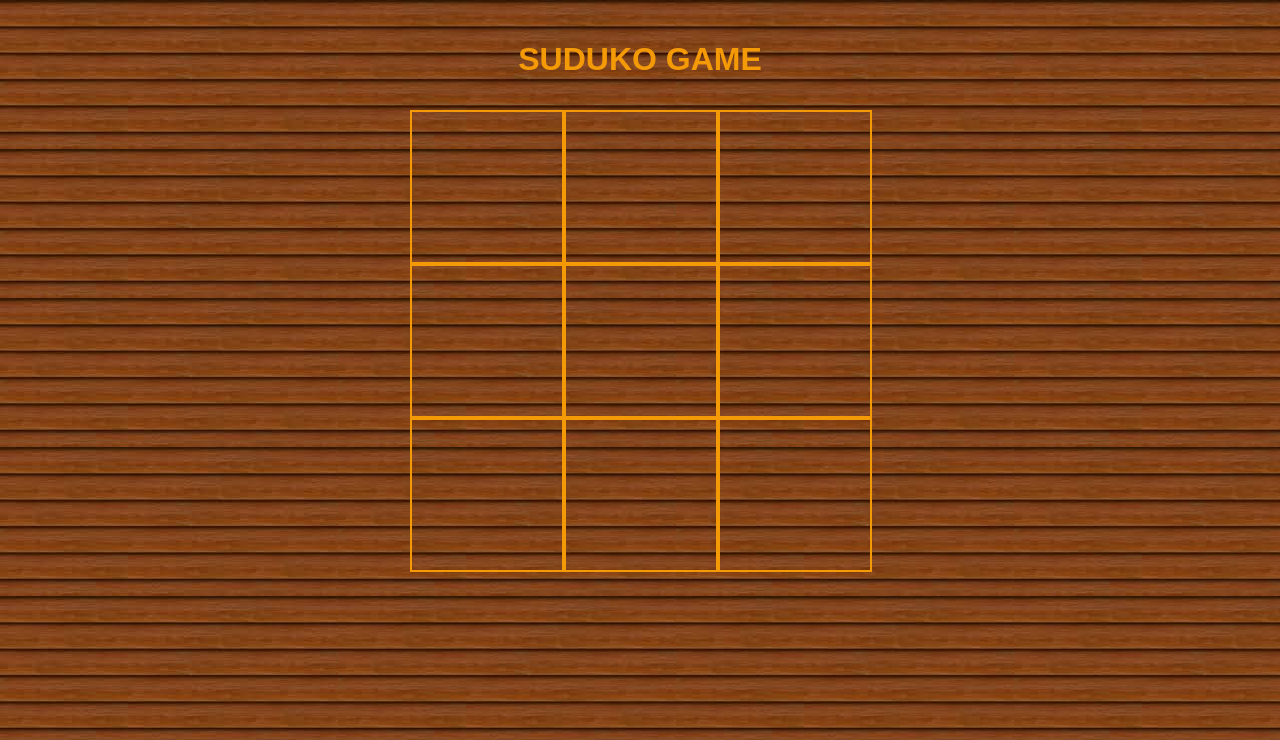
Repository: ahmad8969/Suduko-Game-React-App
Page: /
The author's editor kept a copy of each file at every save. The page is drawn from the files as they stood at one save, then again after a run of saves.
The browser window is 1280 px wide. The pictures show the whole page.
Some web fonts or font styles are not loaded; a fallback is used. The project was rebuilt for these pictures with package versions that can differ from the ones it lists, and the page was loaded fresh each time.

Above is the page before, as saved 2021-02-25 22:23:44.

After the next 2 saves:
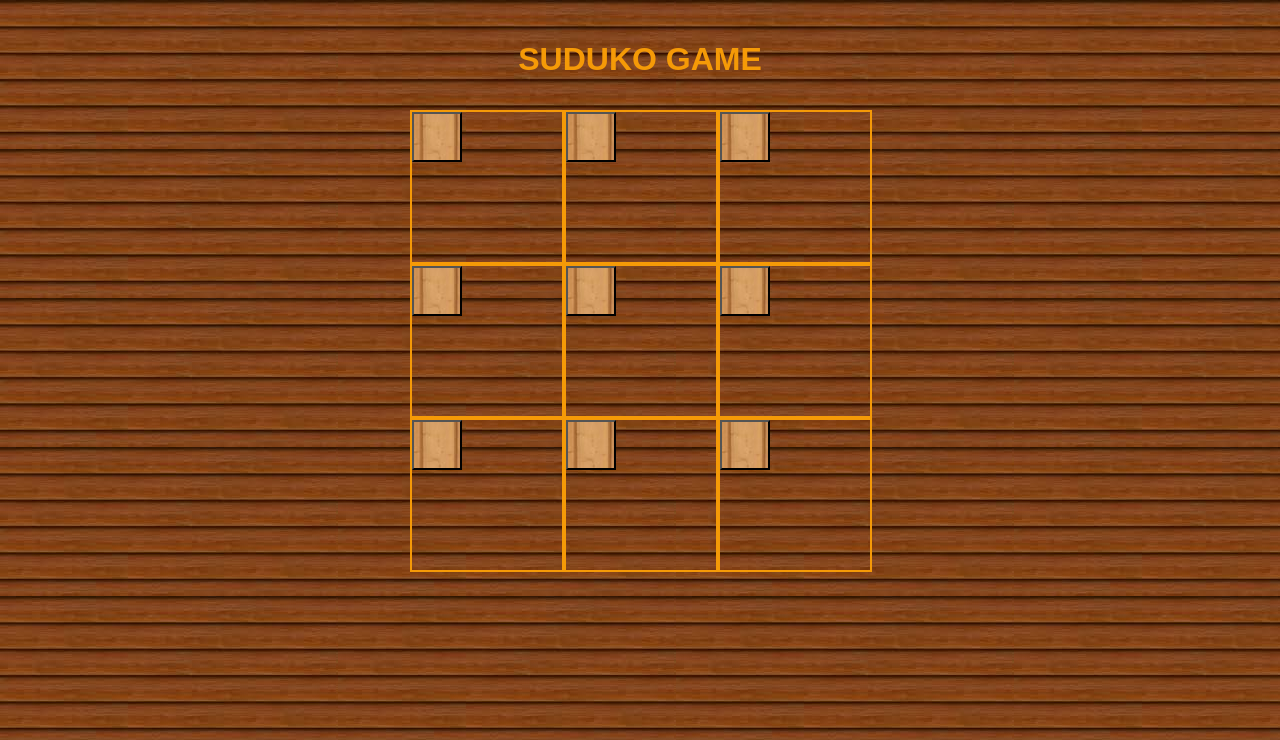
The 2 saves are shown as one change because 1 did not build or start.
The last was saved 112 s later.
--- a/src/components/nineBlockComponent.js
+++ b/src/components/nineBlockComponent.js
@@ -2,7 +2,7 @@ import React from 'react';
 import Block from './block'
 import './block.css'
 
-const NineBlockBox = () =>{
+const NineBlockBox = (props) =>{
     const single_block_Into_Nine = [1,2,3,4,5,6,7,8,9];
 
 
@@ -39,7 +39,7 @@ const NineBlockBox = () =>{
     }
     return (
         <div className="nine_block_Style">
-
+        {props.children}
         </div>
     )
 }
